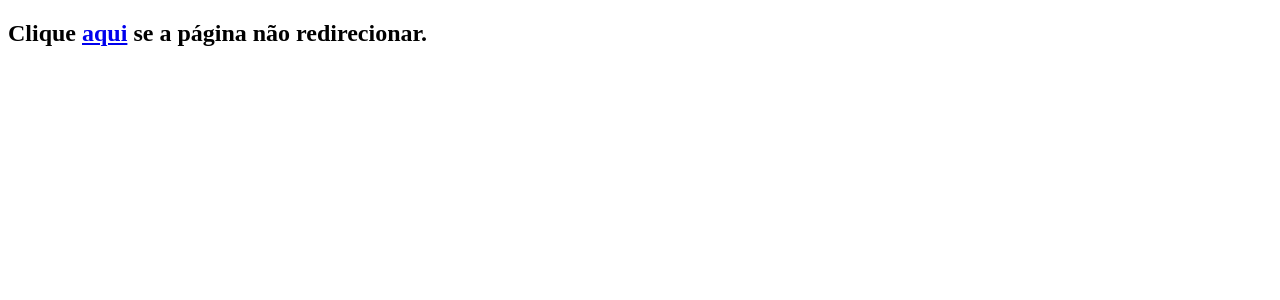
Repository: diegossilva-1995-01-25/SaoGeraldo
Page: SiteSGeraldo/WebContent/index.html
The author's editor kept a copy of each file at every save. The page is drawn from the files as they stood at one save, then again after the next save.
The browser window is 1280 px wide. The pictures show the whole page.

Above is the page before, as saved 2018-03-17 17:52:16.

### SiteSGeraldo/WebContent/index.html
<!DOCTYPE html>
<html>
<head>
<meta charset="ISO-8859-1">
<title>Família São Geraldo</title>
</head>
<body >
	<h2>Clique <a href="principal.xhtml">aqui</a> se a página não redirecionar.</h2>
</body>
</html>

After the next save:
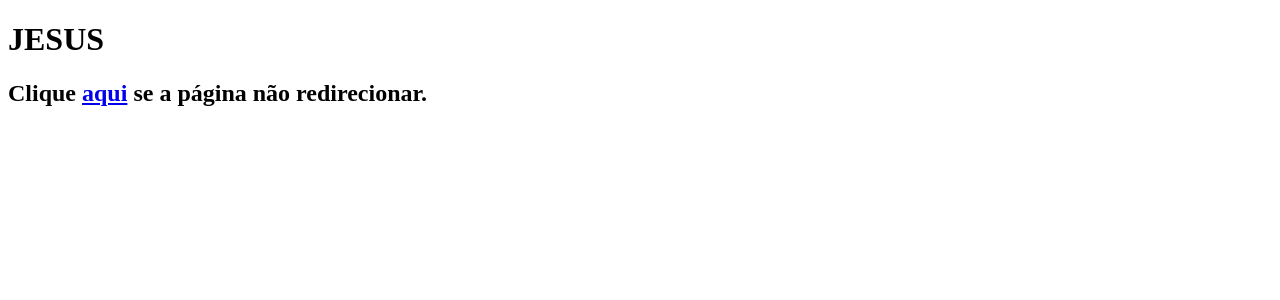
Saved 26 s later.
--- a/SiteSGeraldo/WebContent/index.html
+++ b/SiteSGeraldo/WebContent/index.html
@@ -1,10 +1,13 @@
 <!DOCTYPE html>
 <html>
 <head>
-<meta charset="ISO-8859-1">
-<title>Família São Geraldo</title>
+	<meta charset="ISO-8859-1">
+	<title>Família São Geraldo</title>
 </head>
-<body >
+
+<body>
+	<h1 id="Jesus">JESUS</h1>
 	<h2>Clique <a href="principal.xhtml">aqui</a> se a página não redirecionar.</h2>
 </body>
+
 </html>
